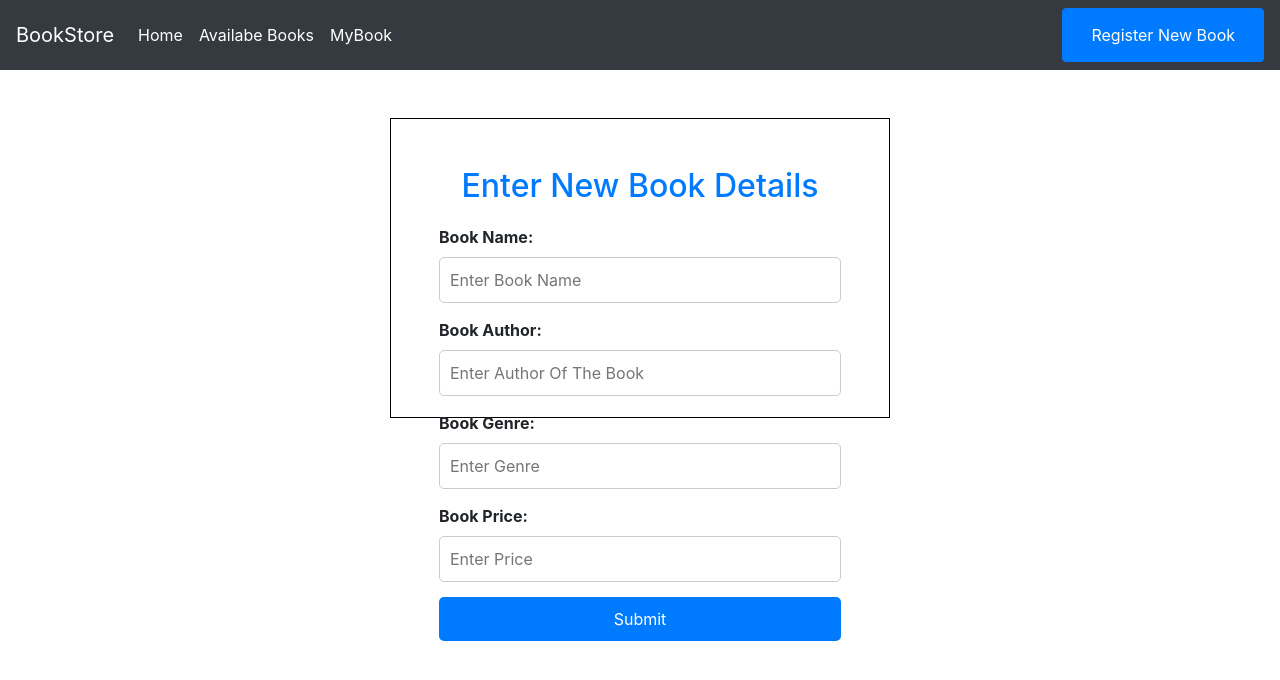
Repository: Sumanta-Sahoo/BookStoreApp
Page: bookstore/src/main/resources/static/bookRegister.html
An editor plug-in stored every save of this project. The page is shown before and after the next save, followed by the edit.
The browser window is 1280 px wide. The pictures show the whole page.

Above is the page before, as saved 2024-03-15 12:16:52.

### bookstore/src/main/resources/static/bookRegister.html
<!doctype html>
<html lang="en">

<head>
	<!-- Required meta tags -->
	<meta charset="utf-8">
	<meta name="viewport" content="width=device-width, initial-scale=1, shrink-to-fit=no">

	<!-- Bootstrap CSS -->
	<link rel="stylesheet" href="https://cdn.jsdelivr.net/npm/bootstrap@4.4.1/dist/css/bootstrap.min.css"
		integrity="sha384-Vkoo8x4CGsO3+Hhxv8T/Q5PaXtkKtu6ug5TOeNV6gBiFeWPGFN9MuhOf23Q9Ifjh" crossorigin="anonymous">

	<title>BookStore</title>
</head>

<body>
	<nav class="navbar navbar-expand-lg navbar-light bg-dark">
		<a class="navbar-brand text-white" href="#">BookStore</a>
		<button class="navbar-toggler" type="button" data-toggle="collapse" data-target="#navbarSupportedContent"
			aria-controls="navbarSupportedContent" aria-expanded="false" aria-label="Toggle navigation">
			<span class="navbar-toggler-icon"></span>
		</button>

		<div class="collapse navbar-collapse" id="navbarSupportedContent">
			<ul class="navbar-nav mr-auto">
				<li class="nav-item active">
					<a class="nav-link text-white" href="#">Home<span class="sr-only">(current)</span></a>
				</li>
				<li class="nav-item">
					<a class="nav-link text-white" href="availabe_books">Availabe Books</a>
				</li>
				<li class="nav-item">
					<a class="nav-link text-white" href="my_books">MyBook</a>
				</li>
			</ul>
			<div>
				<button type="button" class="btn btn-primary"><a class="nav-link text-white"
						href="bookRegister">Register New Book</a></button>
			</div>

		</div>
	</nav>

	<div class="container my-5 p-5" style="border:1px solid black; width: 500px; height:300px;">

		<h2 class="text-center" style="margin-bottom: 20px; color: #007bff;">Enter New Book Details</h2>

		<form>
			<div style="margin-bottom: 15px;">
				<label for="bookName" style="display: block; font-weight: bold;">Book Name:</label>
				<input type="text" id="bookName" name="bookName" placeholder="Enter Book Name"
					style="width: 100%; padding: 10px; font-size: 16px; border-radius: 5px; border: 1px solid #ccc; box-sizing: border-box;">
			</div>

			<div style="margin-bottom: 15px;">
				<label for="bookAuthor" style="display: block; font-weight: bold;">Book Author:</label>
				<input type="text" id="bookAuthor" name="bookAuthor"  placeholder="Enter Author Of The Book"
					style="width: 100%; padding: 10px; font-size: 16px; border-radius: 5px; border: 1px solid #ccc; box-sizing: border-box;">
			</div>

			<div style="margin-bottom: 15px;">
				<label for="bookGenre" style="display: block; font-weight: bold;">Book Genre:</label>
				<input type="text" id="bookGenre" name="bookGenre"placeholder="Enter Genre"
					style="width: 100%; padding: 10px; font-size: 16px; border-radius: 5px; border: 1px solid #ccc; box-sizing: border-box;">
			</div>

			<div style="margin-bottom: 15px;">
				<label for="bookPrice" style="display: block; font-weight: bold;">Book Price:</label>
				<input type="text" id="bookPrice" name="bookPrice" placeholder="Enter Price"
					style="width: 100%; padding: 10px; font-size: 16px; border-radius: 5px; border: 1px solid #ccc; box-sizing: border-box;">
			</div>

			<button type="submit"
				style="display: block; width: 100%; padding: 10px; font-size: 16px; border: none; border-radius: 5px; background-color: #007bff; color: #fff; cursor: pointer; transition: background-color 0.3s;">
				Submit
			</button>
		</form>
	</div>
	<!--
	<form>
		<div class="form-group">
			<label for="exampleInputEmail1">Email address</label>
			<input type="email" class="form-control" id="exampleInputEmail1" aria-describedby="emailHelp"
				placeholder="Enter email">
			<small id="emailHelp" class="form-text text-muted">We'll never share your email with anyone else.</small>
		</div>
		<div class="form-group">
			<label for="exampleInputPassword1">Password</label>
			<input type="password" class="form-control" id="exampleInputPassword1" placeholder="Password">
		</div>
		<div class="form-check">
			<input type="checkbox" class="form-check-input" id="exampleCheck1">
			<label class="form-check-label" for="exampleCheck1">Check me out</label>
		</div>
		<button type="submit" class="btn btn-primary">Submit</button>
	</form> -->

	<!-- Optional JavaScript -->
	<!-- jQuery first, then Popper.js, then Bootstrap JS -->
	<script src="https://code.jquery.com/jquery-3.4.1.slim.min.js"
		integrity="sha384-J6qa4849blE2+poT4WnyKhv5vZF5SrPo0iEjwBvKU7imGFAV0wwj1yYfoRSJoZ+n"
		crossorigin="anonymous"></script>
	<script src="https://cdn.jsdelivr.net/npm/popper.js@1.16.0/dist/umd/popper.min.js"
		integrity="sha384-Q6E9RHvbIyZFJoft+2mJbHaEWldlvI9IOYy5n3zV9zzTtmI3UksdQRVvoxMfooAo"
		crossorigin="anonymous"></script>
	<script src="https://cdn.jsdelivr.net/npm/bootstrap@4.4.1/dist/js/bootstrap.min.js"
		integrity="sha384-wfSDF2E50Y2D1uUdj0O3uMBJnjuUD4Ih7YwaYd1iqfktj0Uod8GCExl3Og8ifwB6"
		crossorigin="anonymous"></script>
</body>

</html>

After the next save:
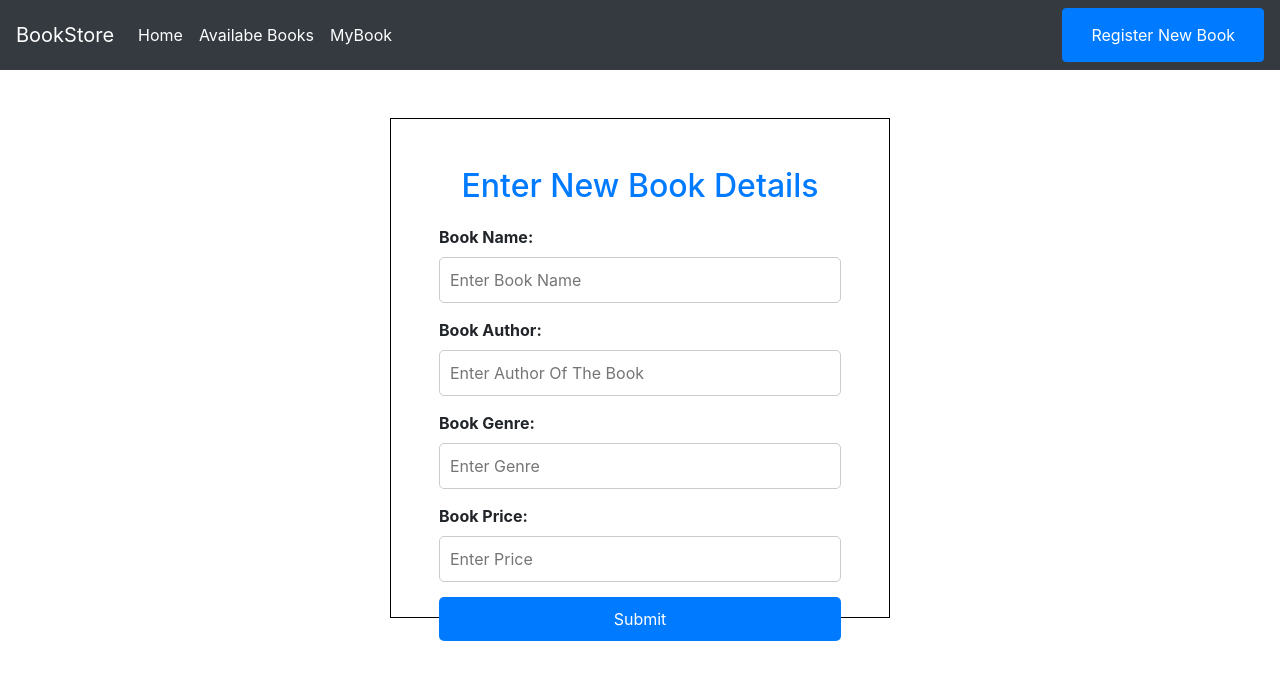
Saved 22 s later.
--- a/bookstore/src/main/resources/static/bookRegister.html
+++ b/bookstore/src/main/resources/static/bookRegister.html
@@ -41,7 +41,7 @@
 		</div>
 	</nav>
 
-	<div class="container my-5 p-5" style="border:1px solid black; width: 500px; height:300px;">
+	<div class="container my-5 p-5" style="border:1px solid black; width: 500px; height:500px;">
 
 		<h2 class="text-center" style="margin-bottom: 20px; color: #007bff;">Enter New Book Details</h2>
 
